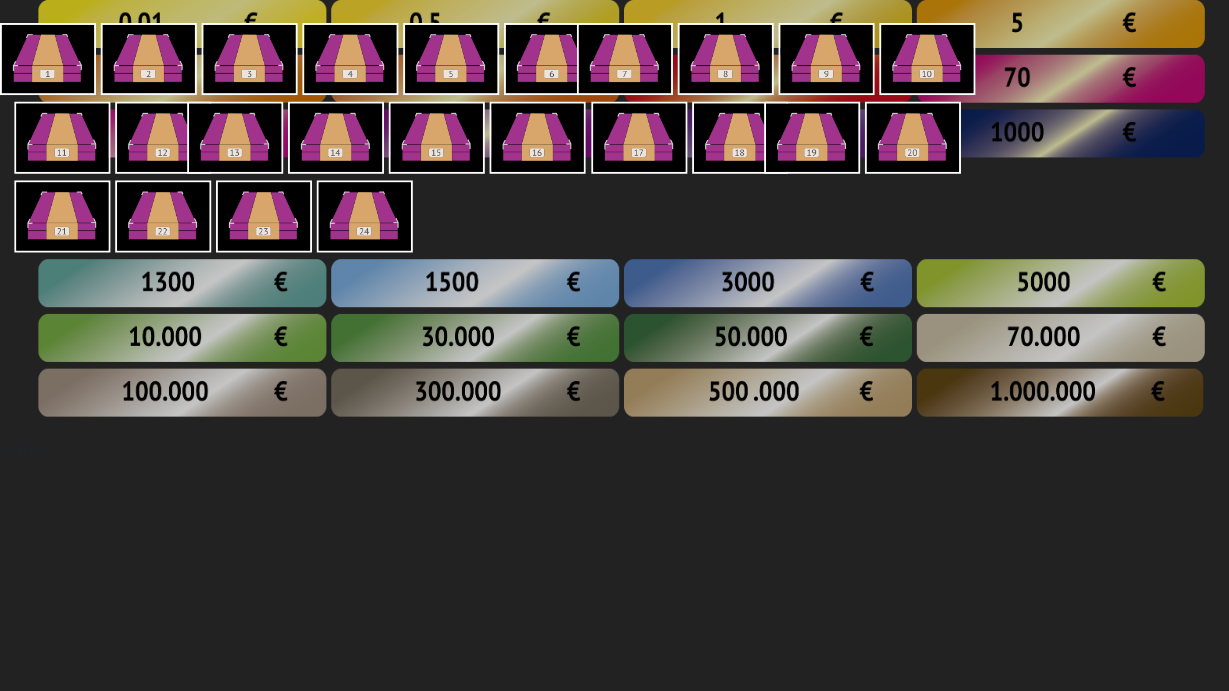
Repository: elnacp/Deal_or_no_deal
Page: DealOrNoDeal/index.html
An editor plug-in stored every save of this project. The page is shown before and after the next save, followed by the edit.
The browser window is 1280 px wide. The pictures show the whole page, at 96% of full size.
Some web libraries are served in a nearby version.

Above is the page before, as saved 2017-11-27 00:22:57.

### DealOrNoDeal/index.html
<!DOCTYPE html>
<html>
<head>
    <meta charset="utf-8" />
    <meta name="viewport" content="width=device-width, initial-scale=1.0, maximum-scale=1.0">
    <meta name="description" content="Tizen TV basic template generated by Samsung TV Web IDE"/>

    <title>Tizen TV Web IDE - Tizen TV - Tizen TV basic Application</title>

	<!-- jQuery library -->
	<script src="https://ajax.googleapis.com/ajax/libs/jquery/3.1.1/jquery.min.js"></script>
    <link rel="stylesheet" href="https://maxcdn.bootstrapcdn.com/bootstrap/4.0.0-beta.2/css/bootstrap.min.css" integrity="sha384-PsH8R72JQ3SOdhVi3uxftmaW6Vc51MKb0q5P2rRUpPvrszuE4W1povHYgTpBfshb" crossorigin="anonymous">
    <script src="https://code.jquery.com/jquery-3.2.1.slim.min.js" integrity="sha384-KJ3o2DKtIkvYIK3UENzmM7KCkRr/rE9/Qpg6aAZGJwFDMVNA/GpGFF93hXpG5KkN" crossorigin="anonymous"></script>
    <script src="https://cdnjs.cloudflare.com/ajax/libs/popper.js/1.12.3/umd/popper.min.js" integrity="sha384-vFJXuSJphROIrBnz7yo7oB41mKfc8JzQZiCq4NCceLEaO4IHwicKwpJf9c9IpFgh" crossorigin="anonymous"></script>
    <script src="https://maxcdn.bootstrapcdn.com/bootstrap/4.0.0-beta.2/js/bootstrap.min.js" integrity="sha384-alpBpkh1PFOepccYVYDB4do5UnbKysX5WZXm3XxPqe5iKTfUKjNkCk9SaVuEZflJ" crossorigin="anonymous"></script>
    <link rel="stylesheet" type="text/css" href="css/style.css"/>
    <script src="js/main.js"></script>
</head>

<body>
	<div id="container-fluid">
		<div class = "row">
			<div id = "left" class= "col">
				<ul>
					<input type="image"  id ="prizes" src="./img/prizes/0,01.png"   />
					<input type="image"  id ="prizes" src="./img/prizes/0,5.png"   />
					<input type="image"  id ="prizes" src="./img/prizes/1.png"  	/>
					<input type="image"  id ="prizes" src="./img/prizes/5.png"  	/>
					<input type="image"  id ="prizes" src="./img/prizes/10.png"     />
					<input type="image"  id ="prizes" src="./img/prizes/30.png"     />
					<input type="image"  id ="prizes" src="./img/prizes/50.png"     />
					<input type="image"  id ="prizes" src="./img/prizes/70.png"     />
					<input type="image"  id ="prizes" src="./img/prizes/100.png"    />
					<input type="image"  id ="prizes" src="./img/prizes/300.png"    />
					<input type="image"  id ="prizes" src="./img/prizes/500.png"    />
					<input type="image"  id ="prizes" src="./img/prizes/1000.png"    />
				</ul>
			</div>

			<div id="central" class="col-10">
				<div id="chests" class= "row">
					<input type="image"  id ="image" src="./img/chests/1.png"  />
					<input type="image"  id ="image" src="./img/chests/2.png"  />
					<input type="image"  id ="image" src="./img/chests/3.png"  />
					<input type="image"  id ="image" src="./img/chests/4.png"  />
					<input type="image"  id ="image" src="./img/chests/5.png"  />
					<input type="image"  id ="image" src="./img/chests/6.png"  />
				</div>
				<div id="chests" class= "row">
					<input type="image"  id ="image" src="./img/chests/7.png"   />
					<input type="image"  id ="image" src="./img/chests/8.png"   />
					<input type="image"  id ="image" src="./img/chests/9.png"   />
					<input type="image"  id ="image" src="./img/chests/10.png"  />
					<input type="image"  id ="image" src="./img/chests/11.png"  />
					<input type="image"  id ="image" src="./img/chests/12.png"  />
				</div>
				<div id="chests" class= "row">
					<input type="image"  id ="image" src="./img/chests/13.png"  />
					<input type="image"  id ="image" src="./img/chests/14.png"  />
					<input type="image"  id ="image" src="./img/chests/15.png"  />
					<input type="image"  id ="image" src="./img/chests/16.png"  />
					<input type="image"  id ="image" src="./img/chests/17.png"  />
					<input type="image"  id ="image" src="./img/chests/18.png"  />
				</div>
				<div id="chests" class= "row">
					<input type="image"  id ="image" src="./img/chests/19.png"  />
					<input type="image"  id ="image" src="./img/chests/20.png"  />
					<input type="image"  id ="image" src="./img/chests/21.png"  />
					<input type="image"  id ="image" src="./img/chests/22.png"  />
					<input type="image"  id ="image" src="./img/chests/23.png"  />
					<input type="image"  id ="image" src="./img/chests/24.png"  />
				</div>
			</div>

			<div id = "right" class= "col">
				<ul>
					<input type="image"  id ="prizes" src="./img/prizes/1300.png"   />
					<input type="image"  id ="prizes" src="./img/prizes/1500.png"   />
					<input type="image"  id ="prizes" src="./img/prizes/3000.png"  	/>
					<input type="image"  id ="prizes" src="./img/prizes/5000.png"  	/>
					<input type="image"  id ="prizes" src="./img/prizes/10.000.png"     />
					<input type="image"  id ="prizes" src="./img/prizes/30.000.png"     />
					<input type="image"  id ="prizes" src="./img/prizes/50.000.png"     />
					<input type="image"  id ="prizes" src="./img/prizes/70.000.png"     />
					<input type="image"  id ="prizes" src="./img/prizes/100.000.png"    />
					<input type="image"  id ="prizes" src="./img/prizes/300.000.png"    />
					<input type="image"  id ="prizes" src="./img/prizes/500.000.png"    />
					<input type="image"  id ="prizes" src="./img/prizes/1.000.000.png"    />
				</ul>
			</div>
		<\div>
	</div>

</body>

</html>

### DealOrNoDeal/css/style.css
* {
    font-family: Verdana, Lucida Sans, Arial, Helvetica, sans-serif;
}

body {
    margin: 0px auto;
    background-color:#222;
}

/*.contents {
	display: flex;
	display: -webkit-flex;
	box-sizing: border-box;
	-webkit-box-sizing: border-box;
	height:320px;
}


.content_text {
	font-weight:bold;
	font-size:5em;
	color:#fff;
}*/

.col{

	padding: 0px;
	border: none;
}


.row{
	padding: 0px;
	display: inline;
}

#left{
	position: absolute;
	left: 0px;
}



#prizes{
	width: 300px;
	height:50px;
}

#image{
	width:100px;
	height:75px;
	/*float:left;*/
	border: 2px solid white;
}

/*#chests{
	float:left;
}*/

### DealOrNoDeal/js/main.js

window.onload = function () {
    // TODO:: Do your initialization job

    // add eventListener for tizenhwkey
    document.addEventListener('tizenhwkey', function(e) {
        if(e.keyName == "back")
	try {
	    tizen.application.getCurrentApplication().exit();
	} catch (ignore) {
	}
    });



    // Sample code
    /*var textbox = document.querySelector('.contents');
    textbox.addEventListener("click", function(){
    	box = document.querySelector('#textbox');
    	box.innerHTML = box.innerHTML == "Basic" ? "Funciona" : "Basic";
    }); */


};

After the next save:
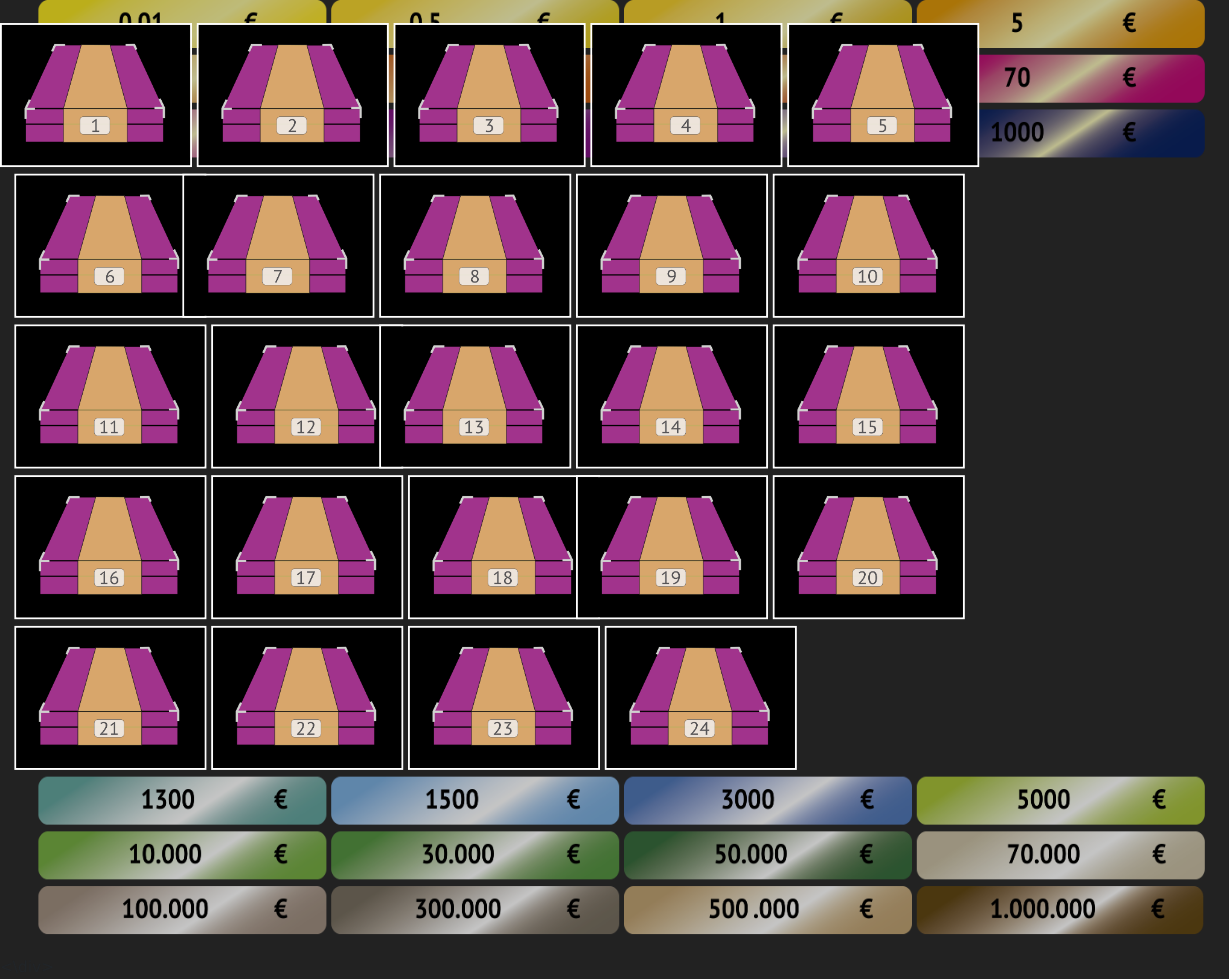
Saved 90 s later.
--- a/DealOrNoDeal/css/style.css
+++ b/DealOrNoDeal/css/style.css
@@ -47,8 +47,8 @@ body {
 }
 
 #image{
-	width:100px;
-	height:75px;
+	width:200px;
+	height:150px;
 	/*float:left;*/
 	border: 2px solid white;
 }
